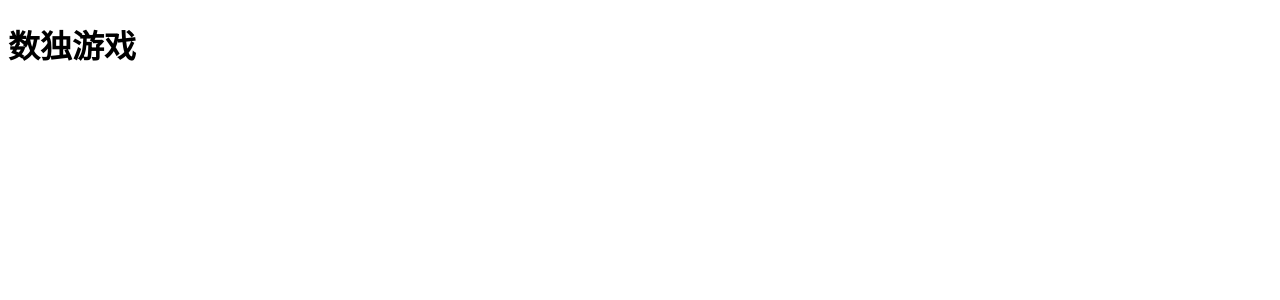
Repository: akitaSummer/practiceProject
Page: / (app in sudoku/src/)
These files come from the project's save history. The page is drawn as it stood at one moment and after the next save; the edit follows.
The browser window is 1280 px wide. The pictures show the whole page.
The project was rebuilt for these pictures with package versions that can differ from the ones it lists, and the page was loaded fresh each time. Also part of the build but not shown: sudoku/src/webpack.config.js.

Above is the page before, as saved 2020-03-20 21:33:43.

After the next save:
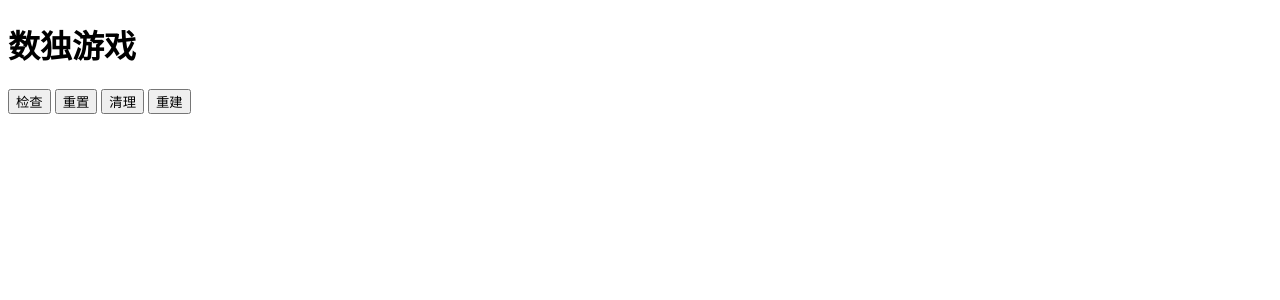
Saved 2 min 36 s later.
--- a/sudoku/src/index.html
+++ b/sudoku/src/index.html
@@ -13,8 +13,18 @@
         <h1>数独游戏</h1>
     </div>
     <!-- 九宫格 -->
+    <div id="container" class="container grid"></div>
     <!-- 按钮组 -->
+    <div id="dashbord" class="dashboard">
+        <div class="buttons">
+            <button id="check">检查</button>
+            <button id="reset">重置</button>
+            <button id="clear">清理</button>
+            <button id="rebuild">重建</button>
+        </div>
+    </div>
     <!-- 弹出面板 -->
+    <div class="grid"></div>
 </body>
 
 </html>
